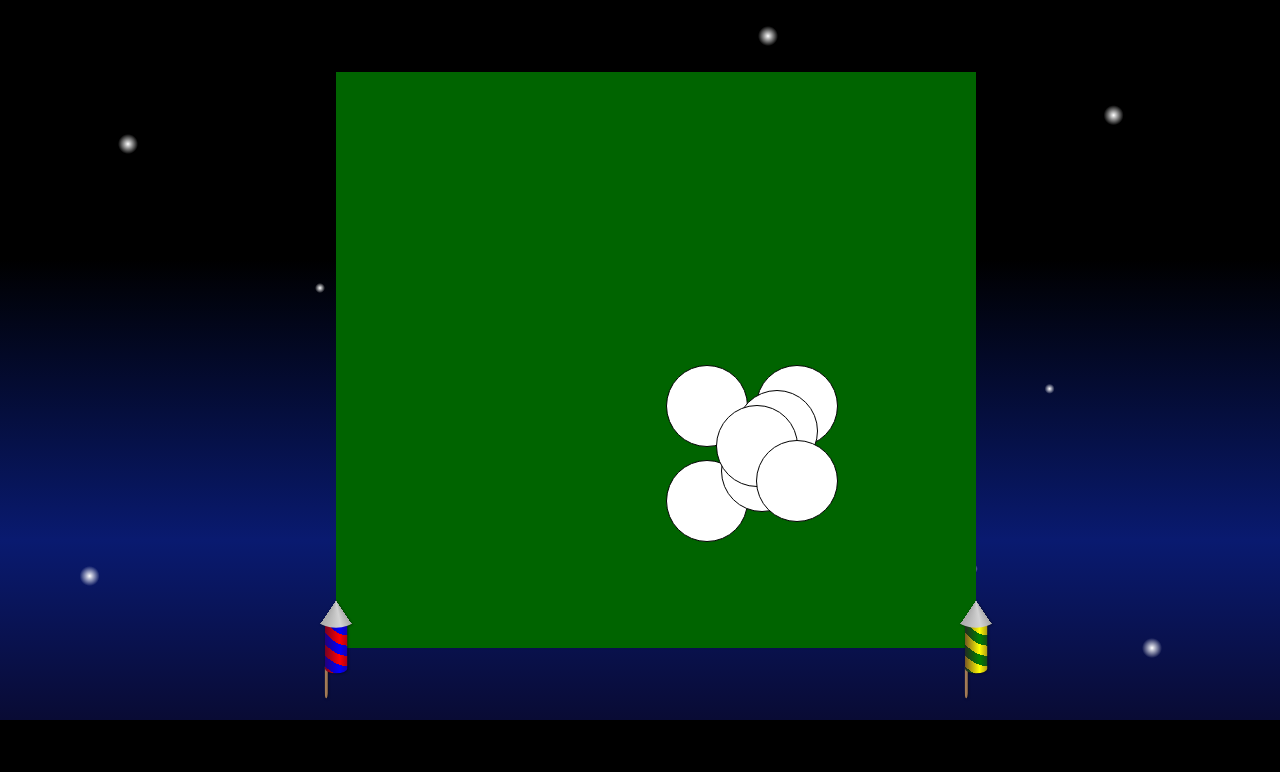
Repository: juliandecloe/CSS-To-The-Rescue---Julian-de-Cloe
Page: index.html
These files come from the project's save history. The page is drawn as it stood at one moment and after the next save; the edit follows.
The browser window is 1280 px wide. The pictures show the whole page.

Above is the page before, as saved 2022-03-10 17:20:54.

### index.html
<!DOCTYPE html>
<html lang="en">
	<head>
		<meta charset="UTF-8">
		<meta name="viewport" content="width=device-width, initial-scale=1.0">
		<title>The Anticlimax Fireworkshow!</title>
		<link rel="stylesheet" href="style.css">
	</head>
	<body>
		<input id="left" type="checkbox">
		<input id="middle" type="checkbox">
		<input id="right" type="checkbox">
		<main>
			<section>
				<label for="left">
					<figure></figure>
					<figure></figure>
					<figure></figure>
				</label>
				<ul>
					<li>
						<ul>
							<li></li>
							<li></li>
							<li></li>
							<li></li>
							<li></li>
						</ul>
					</li>
					<li>
						<ul>
							<li></li>
							<li></li>
							<li></li>
							<li></li>
							<li></li>
						</ul>
					</li>
					<li>
						<ul>
							<li></li>
							<li></li>
							<li></li>
							<li></li>
							<li></li>
						</ul>
					</li>
					<li>
						<ul>
							<li></li>
							<li></li>
							<li></li>
							<li></li>
							<li></li>
						</ul>
					</li>
					<li>
						<ul>
							<li></li>
							<li></li>
							<li></li>
							<li></li>
							<li></li>
						</ul>
					</li>
					<li>
						<ul>
							<li></li>
							<li></li>
							<li></li>
							<li></li>
							<li></li>
						</ul>
					</li>
					<li>
						<ul>
							<li></li>
							<li></li>
							<li></li>
							<li></li>
							<li></li>
						</ul>
					</li>
					<li>
						<ul>
							<li></li>
							<li></li>
							<li></li>
							<li></li>
							<li></li>
						</ul>
					</li>
					<li>
						<ul>
							<li></li>
							<li></li>
							<li></li>
							<li></li>
							<li></li>
						</ul>
					</li>
					<li>
						<ul>
							<li></li>
							<li></li>
							<li></li>
							<li></li>
							<li></li>
						</ul>
					</li>
					<li>
						<ul>
							<li></li>
							<li></li>
							<li></li>
							<li></li>
							<li></li>
						</ul>
					</li>
					<li>
						<ul>
							<li></li>
							<li></li>
							<li></li>
							<li></li>
							<li></li>
						</ul>
					</li>
				</ul>
			</section>
			<section>
				<label for="middle">
					<figure></figure>
					<figure></figure>
					<figure></figure>
				</label>
				<ul>
					<li>
						<ul>
							<li></li>
							<li></li>
							<li></li>
							<li></li>
							<li></li>
						</ul>
					</li>
					<li>
						<ul>
							<li></li>
							<li></li>
							<li></li>
							<li></li>
							<li></li>
						</ul>
					</li>
					<li>
						<ul>
							<li></li>
							<li></li>
							<li></li>
							<li></li>
							<li></li>
						</ul>
					</li>
					<li>
						<ul>
							<li></li>
							<li></li>
							<li></li>
							<li></li>
							<li></li>
						</ul>
					</li>
					<li>
						<ul>
							<li></li>
							<li></li>
							<li></li>
							<li></li>
							<li></li>
						</ul>
					</li>
					<li>
						<ul>
							<li></li>
							<li></li>
							<li></li>
							<li></li>
							<li></li>
						</ul>
					</li>
					<li>
						<ul>
							<li></li>
							<li></li>
							<li></li>
							<li></li>
							<li></li>
						</ul>
					</li>
					<li>
						<ul>
							<li></li>
							<li></li>
							<li></li>
							<li></li>
							<li></li>
						</ul>
					</li>
					<li>
						<ul>
							<li></li>
							<li></li>
							<li></li>
							<li></li>
							<li></li>
						</ul>
					</li>
					<li>
						<ul>
							<li></li>
							<li></li>
							<li></li>
							<li></li>
							<li></li>
						</ul>
					</li>
					<li>
						<ul>
							<li></li>
							<li></li>
							<li></li>
							<li></li>
							<li></li>
						</ul>
					</li>
					<li>
						<ul>
							<li></li>
							<li></li>
							<li></li>
							<li></li>
							<li></li>
						</ul>
					</li>
				</ul>
			</section>
			<section>
				<label for="right">
					<figure></figure>
					<figure></figure>
					<figure></figure>
				</label>
				<article>
					<ul>
						<li></li>
						<li></li>
						<li></li>
						<li></li>
						<li></li>
						<li></li>
						<li></li>
					</ul>
				</article>
			</section>
		</main>
	</body>
</html>

### style.css
/*========== GENERAL ==========*/

:root * {
	--hoekVar: calc(360deg / 12);
	--rotate: rotate(calc( var(--hoekVar) * var(--index) ));
	--hoekVar2: calc(360deg / 5);
	--rotate2: rotate(calc( var(--hoekVar2) * var(--index2) ));
	--hoekVar3: calc(360deg / 18);
	--rotate3: rotate(calc( var(--hoekVar3) * var(--index3) ));
	--star1: 5px;
	--star2: 3px;
}

@property --star1 {
	syntax: '<length>';
	inherits: false;
	initial-value: 0px;
}

@property --star2 {
	syntax: '<length>';
	inherits: false;
	initial-value: 0px;
}

* {
	padding: 0;
	margin: 0;
}

body, html {
	overflow: hidden;
}

html {
	background: linear-gradient(0deg, rgba(9,11,52,1) 0%, rgba(9,26,112,1) 25%, rgba(0,0,0,1) 64%, rgba(0,0,0,1) 100%);
}

@keyframes stars {
	0% {
		--star1: 5px;
	}
	100% {
		--star1: 10px;
	}
}

@keyframes stars2 {
	0% {
		--star2: 3px;
	}
	100% {
		--star2: 6px;
	}
}

body {
	background-position: center;
	background-image:
	radial-gradient(
		circle at
			10%
			20%,
		white,
		transparent var(--star1)
	),
	radial-gradient(
		circle at
			34%
			15%,
		white,
		transparent var(--star2)
	),
	radial-gradient(
		circle at
			50%
			60%,
		white,
		transparent var(--star2)
	),
	radial-gradient(
		circle at
			60%
			80%,
		white,
		transparent var(--star2)
	),
	radial-gradient(
		circle at
			25%
			40%,
		white,
		transparent var(--star2)
	),
	radial-gradient(
		circle at
			7%
			80%,
		white,
		transparent var(--star1)
	),
	radial-gradient(
		circle at
			87%
			16%,
		white,
		transparent var(--star1)
	),
	radial-gradient(
		circle at
			76%
			79%,
		white,
		transparent var(--star2)
	),
	radial-gradient(
		circle at
			90%
			90%,
		white,
		transparent var(--star1)
	),
	radial-gradient(
		circle at
			60%
			5%,
		white,
		transparent var(--star1)
	),
	radial-gradient(
		circle at
			72%
			32%,
		white,
		transparent var(--star2)
	),
	radial-gradient(
		circle at
			50%
			28%,
		white,
		transparent var(--star1)
	),
	radial-gradient(
		circle at
			37%
			80%,
		white,
		transparent var(--star1)
	),
	radial-gradient(
		circle at
			82%
			54%,
		white,
		transparent var(--star2)
	);
	animation:
	stars 1s linear alternate infinite,
	stars2 1.5s linear alternate infinite;
}

@media (prefers-reduced-motion) {
	body {
		animation-name: dissolve;
	}
}

main {
	display: flex;
	justify-content: center;
	align-items: end;
	width: 100vw;
	height: 100vh;
	padding-left: 1rem;
}

@media (max-width: 630px) {
	main {
		transform: scale(.5) translateY(50vh);
	}
}

section {
	display: grid;
	place-items: center;
	transition: 1s ease-out;
	width: 50vw;
}

@media (max-width: 630px) {
	section {
		width: 80vw;
	}
}

input {
	display: none;
}

/*========== FIRE ROCKET ==========*/

/*===== GENERAL =====*/

label {
	transform: scale(.3) translateY(50vh);
	z-index: 5;
	height: 350px;
	width: 120px;
	filter: drop-shadow(2px 2px 4px rgb(0,0,0,0.5));
	transition: 1s;
	cursor: pointer;
	animation: 1s
}

@media (max-width: 630px) {
	label {
		transform: scale(.5);
	}
}

section label > figure:first-child {
	border-radius: 50%;
	position: absolute;
	left: calc(50% - 55px);
	width: 110px;
	height: 130px;
	z-index: 3;
	clip-path: ellipse(90% 70% at center top);
	background-image:
		conic-gradient(
		at center top,
		transparent 146deg,
		darkgray 146deg,
		lightgray 170deg,
		darkgray 214deg,
		transparent 214deg
	);
}

section label figure:nth-child(2) {
	position: absolute;
	top: 83px;
	left: calc(50% - 37.5px);
	width: 75px;
	height: 160px;
	z-index: 2;
	background-size: 100% 100%, 600% 600%;
	background-position:left top, 40% -30%;
	border-radius: 0 0 50% 50% / 0 0 1em 1em;
}

section label > figure:nth-child(3) {
	position: absolute;
	background: #BA8C63;
	top: 220px;
	left: calc(50% - 37.5px);
	width: 10px;
	height: 110px;
	z-index: 1;
	box-shadow: inset -2px 0 8px rgb(0,0,0,0.5);
	clip-path: ellipse(10px 95px at 50% 10%);
}


/*===== COLOR ARROWS =====*/

section:first-child label figure:nth-child(2) {
	background-image:
		linear-gradient(
			to right,
			#303a 0%,
			transparent 65%,
			#3036 100%
		),
		repeating-radial-gradient(
			red 0 1em,
			blue 1em 2em
	);
}

section:nth-child(2) label figure:nth-child(2) {
	background-image:
		linear-gradient(
			to right,
			#303a 0%,
			transparent 65%,
			#3036 100%
		),
		repeating-radial-gradient(
			green 0 1em,
			yellow 1em 2em
		);
}

section:last-child label figure:nth-child(2) {
	background-image:
		linear-gradient(
			to right,
			#303a 0%,
			transparent 65%,
			#3036 100%
		),
		repeating-radial-gradient(
			pink 0 1em,
			purple 1em 2em
		);
}


/*========== FIRE WORK ==========*/

/*===== LAYER 1 =====*/

section > ul {
	list-style-type: none;
	position: absolute;
	width: 1rem;
	height: 1rem;
	display: grid;
	place-items: center;
	/* background-color: #ff4; */
}

section > ul > li {
	position: absolute;
	top: 50%;
	width: 40%;
	height: 1200%;
	transform-origin: center top;
	transform: var(--rotate);
	transition: .3s ease-out;
	transition-delay: 1s;
	display: flex;
	/* background-color: #f004; */
}

section:nth-child(2) > ul > li {
	position: absolute;
	top: 50%;
	width: 40%;
	height: 1200%;
	transform-origin: center top;
	transform: var(--rotate);
	transition: .3s ease-out;
	transition-delay: 1s;
	display: flex;
	/* background-color: #f004; */
}

section > ul > li::after {
	content: "";
	display: block;
	width: 100%;
	height: 50%;
	transition: .2s ease-out;
	transform-origin: center top;
	transform: scaleY(0);
	position: absolute;
}

/* Color */

section:first-child > ul > li::after {
	background-color: blue;
}

section:nth-child(2) > ul > li::after {
	background-color: green;
}

section:last-child > ul li::after {
	background-color: pink;
}


/*===== LAYER 2 =====*/

section > ul > li ul {
	list-style-type: none;
	position: relative;
	width: .5em;
	aspect-ratio: 1/1;
	align-self: end;
	display: grid;
	place-items: center;
	/* background-color: #f088; */
}

section:first-child > ul > li li {
	position: absolute;
	top: 50%;
	width: 25%;
	aspect-ratio: 1/8;
	background-color: #f00;
	transform-origin: center top;
	transform: var(--rotate2) scaleY(0);
	transition: .3s ease-out;
	transition-delay: 1.8s;
}

section:nth-child(2) > ul > li li {
	position: absolute;
	width: 30%;
	height: 1200%;
	background-color: yellow;
	transform-origin: center;
	transform: var(--rotate2) scaleY(1);
	transition: .5s ease-out;
	transition-delay: 1.5s;
	visibility: hidden;
}


/*========== INTERACTION ==========*/

/*===== GENERAL =====*/

section > ul > li:nth-of-type(1) { --index:1; }
section > ul > li:nth-of-type(2) { --index:2; }
section > ul > li:nth-of-type(3) { --index:3; }
section > ul > li:nth-of-type(4) { --index:4; }
section > ul > li:nth-of-type(5) { --index:5; }
section > ul > li:nth-of-type(6) { --index:6; }
section > ul > li:nth-of-type(7) { --index:7; }
section > ul > li:nth-of-type(8) { --index:8; }
section > ul > li:nth-of-type(9) { --index:9; }
section > ul > li:nth-of-type(10) { --index:10; }
section > ul > li:nth-of-type(11) { --index:11; }
section > ul > li:nth-of-type(12) { --index:12; }

ul > li li:nth-of-type(1) { --index2:1; }
ul > li li:nth-of-type(2) { --index2:2; }
ul > li li:nth-of-type(3) { --index2:3; }
ul > li li:nth-of-type(4) { --index2:4; }
ul > li li:nth-of-type(5) { --index2:5; }

/* section:last-child li:nth-of-type(1) { --index3:1; }
section:last-child li:nth-of-type(2) { --index3:2; }
section:last-child li:nth-of-type(3) { --index3:3; }
section:last-child li:nth-of-type(4) { --index3:4; }
section:last-child li:nth-of-type(5) { --index3:5; }
section:last-child li:nth-of-type(6) { --index3:6; }
section:last-child li:nth-of-type(7) { --index3:7; }
section:last-child li:nth-of-type(8) { --index3:8; }
section:last-child li:nth-of-type(9) { --index3:9; }
section:last-child li:nth-of-type(10) { --index3:10; }
section:last-child li:nth-of-type(11) { --index3:11; }
section:last-child li:nth-of-type(12) { --index3:12; }
section:last-child li:nth-of-type(13) { --index3:13; }
section:last-child li:nth-of-type(14) { --index3:14; }
section:last-child li:nth-of-type(15) { --index3:15; }
section:last-child li:nth-of-type(16) { --index3:16; }
section:last-child li:nth-of-type(17) { --index3:17; }
section:last-child li:nth-of-type(18) { --index3:18; } */

/* Rocket */

input:first-child[type="checkbox"]:checked ~ main section:first-child, input:nth-child(2)[type="checkbox"]:checked ~ main section:nth-child(2) {
	transform: translateY(-50vh);
}

@media (max-width: 630px) {
	input:first-child[type="checkbox"]:checked ~ main section:first-child, input:nth-child(2)[type="checkbox"]:checked ~ main section:nth-child(2) {
		transform: translateY(-90vh);
	}
}

input:first-child[type="checkbox"]:checked ~ main section:first-child label, input:nth-child(2)[type="checkbox"]:checked ~ main section:nth-child(2) label {
	transform: scale(.5, .3);
	animation: explode 1s 1s ease-in forwards;
}

/* Explode 1 */

input:first-child[type="checkbox"]:checked ~ main section:first-child > ul > li, input:nth-child(2)[type="checkbox"]:checked ~ main section:nth-child(2) > ul > li {
	transform: var(--rotate) translateY(2em);
}

input:first-child[type="checkbox"]:checked ~ main section:first-child > ul > li::after, input:nth-child(2)[type="checkbox"]:checked ~ main section:nth-child(2) > ul > li::after {
	animation: after .3s 1s ease-out forwards;
}


/*===== ARROW 1 =====*/

input:first-child[type="checkbox"]:checked ~ main section:first-child > ul > li li {
	animation: lili .3s 1.5s ease-out forwards;
}

/*===== ARROW 2 =====*/

input:nth-child(2)[type="checkbox"]:checked ~ main section:nth-child(2) > ul > li li {
	visibility: visible;
	transform: var(--turn) scaleY(6) translateY(2em);
	opacity: 0;
}

/*===== ARROW 3 =====*/

input:nth-child(3)[type="checkbox"]:checked ~ main section:last-child {
	transform: translateY(-50vh);
}

input:nth-child(3)[type="checkbox"]:checked ~ main article label {
	animation: huge .8s 1s ease-out forwards;
}

/*========== ANIMATIONS ==========*/

@keyframes huge {
	0% {
		transform: scaleY(0);
	}
	99% {
		transform: translateY(200%) scaleY(0);
		opacity: 0;
	}
	100% {
		transform: translateY(0) scaleY(0);
		opacity: 1;
	}
}

@keyframes explode {
	0% {
		visibility: hidden;
	}
	99% {
		visibility: hidden;
	}
	100% {
		transform: translateY(65vh) scale(.3);
		visibility: visible;
	}
}

@keyframes after {
	0% {
		transform: scaleY(0);
	}
	33% {
		transform: scaleY(1) ;
	}
	67% {
		transform: translateY(100%) scaleY(1) ;
	}
	99% {
		transform: translateY(200%) scaleY(0) ;
	}
	100% {
		transform: translateY(0) scaleY(0) ;
	}
}

@keyframes lili {
	0% {
		transform: var(--rotate2) translateY(0) scaleY(0);
	}
	50% {
		transform: var(--rotate2) translateY(0) scaleY(3);
	}
	99% {
		transform: var(--rotate2) translateY(400%) scaleY(0);
	}
	100% {
		transform: var(--rotate2) translateY(0) scaleY(0);
	}
}



/*========== CLOUDS ==========*/

section:last-child label {
	display: none;
}

section:last-child {
	position: absolute;
	top: 10vh;
	background-color: darkgreen;
	width: 50vw;
	height: 80vh;
}

article ul {
	position: relative;
	list-style-type: none;
}

article li {
	position: absolute;
	border-radius: 50%;
	background-color: white !important;
	width: 5rem;
	height: 5rem;
	border: 1px solid black;
}

article li:first-child {
	top: 5px;
	left: 100px;
}

article li:nth-child(2) {
	top: 100px;
	left: 10px;
}

article li:nth-child(3) {
	top: 5px;
	left: 10px;
}

article li:nth-child(4) {
	top: 30px;
	left: 80px;
}

article li:nth-child(5) {
	top: 70px;
	left: 65px;
}

article li:nth-child(6) {
	top: 45px;
	left: 60px;
}

article li:last-child {
	top: 80px;
	left: 100px;
}

After the next save:
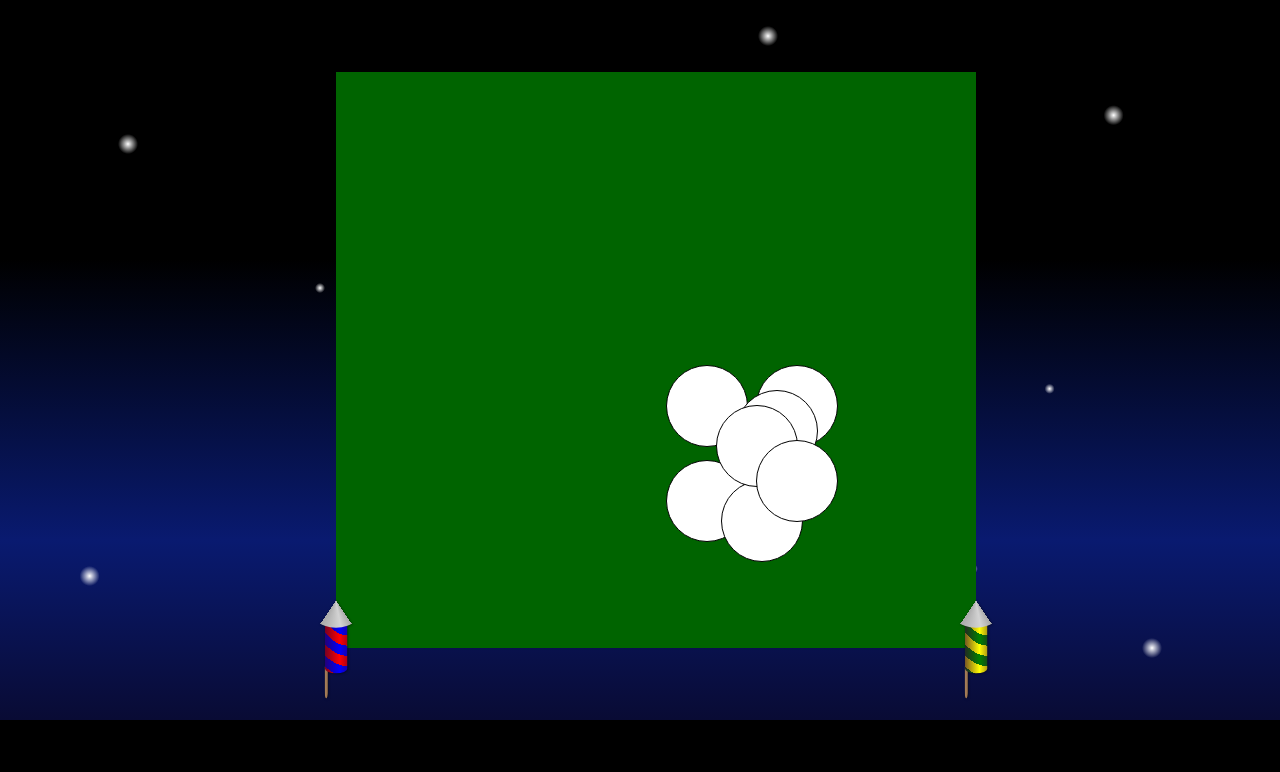
Saved 6 s later.
--- a/style.css
+++ b/style.css
@@ -619,7 +619,7 @@ article li:nth-child(4) {
 }
 
 article li:nth-child(5) {
-	top: 70px;
+	top: 120px;
 	left: 65px;
 }
 
